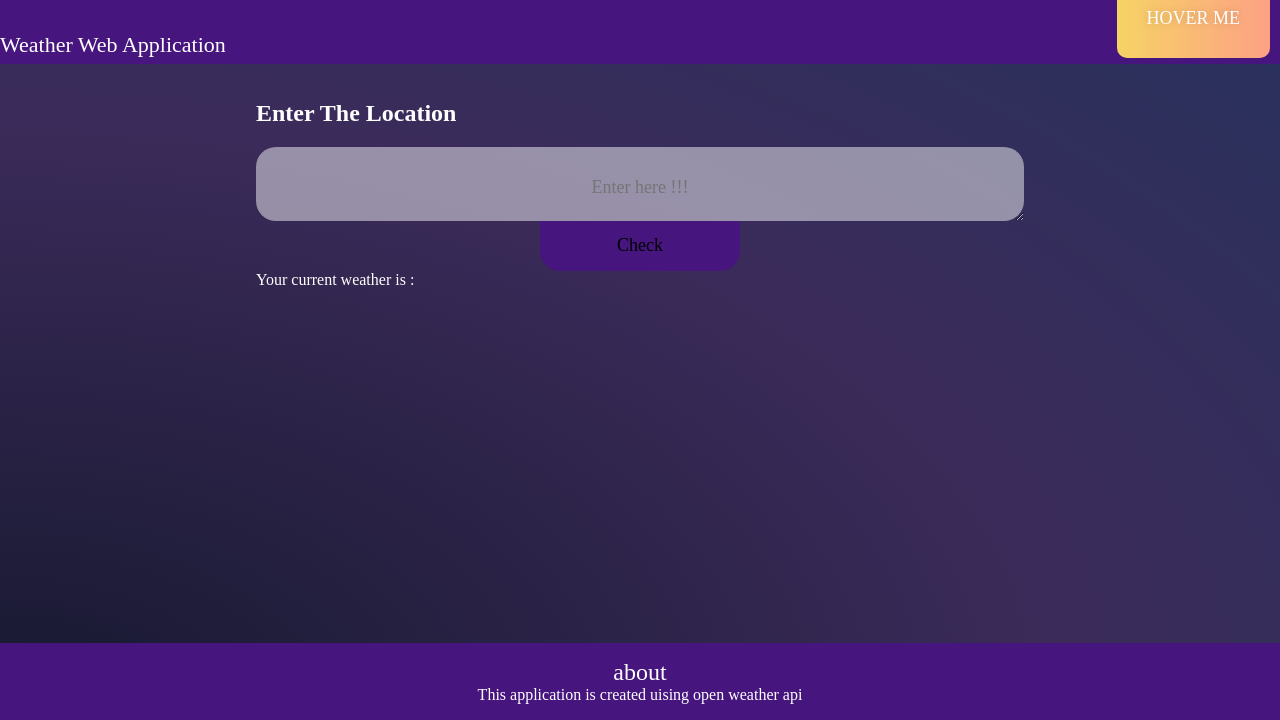
Repository: Irfan-vit/openapi
Page: index.html
The author's editor kept a copy of each file at every save. The page is drawn from the files as they stood at one save, then again after the next save.
The browser window is 1280 px wide. The pictures show the whole page.

Above is the page before, as saved 2021-05-28 23:56:04.

### index.html
<!DOCTYPE html>
<html lang="en">

<head>
    <meta charset="UTF-8">
    <meta http-equiv="X-UA-Compatible" content="IE=edge">
    <meta name="viewport" content="width=device-width, initial-scale=1.0">
    <title>Api</title>
    <link rel="stylesheet" href="style.css">
</head>

<body>


    <div class="nav">
        <input type="checkbox" id="nav-check" />
        <div class="nav-header">
            <div class="nav-title">
                Weather Web Application
            </div>
        </div>
        <div class="nav-btn">
            <label for="nav-check">
                <span></span>
                <span></span>
                <span></span>
            </label>
        </div>

        <div class="nav-links">
            <div class="container">
                <a class="btn btn-1">Hover me</a>
            </div>
        </div>
    </div>

    <main>

        <h2>Enter The Location</h2>

        <textarea name="" id="txt-input" class="t-area" placeholder="Enter here !!!"></textarea>

        <button id="btn-translate">
            Check
        </button>

        <div>Your current weather is :</div>

        <div id="output" class="t-area">

        </div>

    </main>

    <footer>
        <div style="font-size: x-large;">about</div>
        <p>This application is created uising open weather api</p>
    </footer>



    <script src="app.js" type="text/javascript"></script>
</body>

</html>

### style.css
/* @import url('https://fonts.googleapis.com/css2?family=Kalam&display=swap'); */

* {
    box-sizing: border-box;
}

:root {
    --primary: #46157E;
    --black: #333333;
    --width-break:800px
}

body {
    margin: 0;
    /* font-family: 'Kalam', cursive; */
    color: #333333;
      background: radial-gradient(
    ellipse at left bottom,
    rgba(22, 24, 47, 1) 0%,
    rgba(38, 20, 72, 0.9) 59%,
    rgba(17, 27, 75, 0.9) 100%
  );
    height: 100%;
    margin: 0;
    background-repeat: no-repeat;
    background-attachment: fixed;
    color: white;

}

nav {
    background-color: var(--primary);
    text-align: center;
}

main {
    margin: auto;
    padding: 1rem;
    max-width: var(--width-break);
}

textarea {
    display: block;
    width: 100%;
    min-height: 5vh;
    font-size: large;
    font-family: inherit;
    background-color: #ffffff7a;
    border:none;
    border-radius:20px;
    text-align: center;
    padding-top: 30px;;
}

textarea:hover {
    display: block;
    width: 100%;
    min-height: 5vh;
    font-size: large;
    font-family: inherit;
    background-color: #ffffff;
    border-radius:20px;
    border: none;
    text-align: center;
}

button {
    background-color: var(--primary);
    border: none;
    margin: 8rem 0rem;
    font-family: 'Kalam', cursive;
    font-size: large;
    cursor: pointer;
    height: 50px;
    width: 200px;
    border-bottom-left-radius:20px;
    border-bottom-right-radius:20px;
    margin:auto;
    display:block;

}


#output {
    box-sizing: border-box;
    width: 100%;
    min-height: 10vh;
    max-height: 20vh;
    /* border: 1px solid var(--black); */
}

footer {
    position: fixed;
    bottom: 0;
    width: 100%;
    padding: 1rem;
    background-color: var(--primary);
    text-align: center;
}

footer p {
    max-width: var(--width-break);
    margin: auto;
}

.nav {
  height: 50px;
  width: 100%;
  background-color: #46157E;
  position: relative;
  padding:2rem 0rem;
}

.nav > .nav-header {
  display: inline;
}

.nav > .nav-header > .nav-title {
  display: inline-block;
  font-size: 22px;
  color: #fff;
  /* padding: 10px 10px 10px 10px; */
  padding-bottom: 1rem;
}

.nav > .nav-btn {
  display: none;
}

.nav > .nav-links {
  display: inline;
  float: right;
  font-size: 18px;
  margin:-1.5rem 0rem ;
}

.nav > .nav-links > a {
  display: inline-block;
  padding: 13px 10px 13px 10px;
  text-decoration: none;
  color: #efefef;
}

.nav > .nav-links > a:hover {
  background-color: rgba(0, 0, 0, 0.3);
}

.nav > #nav-check {
  display: none;
}

@media (max-width:600px) {
  .nav > .nav-btn {
    display: inline-block;
    position: absolute;
    right: 0px;
    top: 0px;
  }
  .nav > .nav-btn > label {
    display: inline-block;
    width: 50px;
    height: 50px;
    padding: 13px;
  }
  .nav > .nav-btn > label:hover,.nav  #nav-check:checked ~ .nav-btn > label {
    background-color: rgba(0, 0, 0, 0.3);
  }
  .nav > .nav-btn > label > span {
    display: block;
    width: 25px;
    height: 10px;
    border-top: 2px solid #eee;

  }
  .nav > .nav-links {
    position: absolute;
    display: block;
    width: 100%;
    background-color: #333;
    height: 0px;
    transition: all 0.3s ease-in;
    overflow-y: hidden;
    top: 50px;
    left: 0px;
    margin-top:0.4rem;
  }
  .nav > .nav-links > a {
    display: block;
    width: 100%;
  }
  .nav > #nav-check:not(:checked) ~ .nav-links {
    height: 0px;
  }
  .nav > #nav-check:checked ~ .nav-links {
    height: calc(100vh - 50px);
    overflow-y: auto;
  }
}

.btn {
  flex: 1 1 auto;
  margin: 10px;
  padding: 30px;
  text-align: center;
  text-transform: uppercase;
  transition: 0.5s;
  background-size: 200% auto;
  color: white;
 text-shadow: 0px 0px 10px rgba(0,0,0,0.2);
  /* box-shadow: 0 0 20px #eee; */
  border-radius: 10px;
 }

/* Demo Stuff End -> */

/* <- Magic Stuff Start */

.btn:hover {
  background-position: right center; /* change the direction of the change here */
}

.btn-1 {
  background-image: linear-gradient(to right, #f6d365 0%, #fda085 51%, #f6d365 100%);
}


/* Magic Stuff End -> */

### app.js
var btnTranslate = document.querySelector("#btn-translate");
var txtInput = document.querySelector("#txt-input");
var outputDiv = document.querySelector('#output')
var serverURL = "https://api.openweathermap.org/data/2.5/weather?q="
var key = "&appid=49257f6591cfc3ed8daf0b5970d519cb"

function getTranslationURL(text) {
    return serverURL + text + key
}

function errorHandler(error) {
    console.log("error occured", error)
    alert("something went wrong  :  " + error)
}

function clickHandler() {
    // outputDiv.innerText = "translated  " + txtInput.value + "  To : bababbababababababa ";

    var inputText = txtInput.value;

    fetch(getTranslationURL(inputText))
        .then(response => response.json())
        .then(json => {
            var translatedText = "Country : " + json['sys']['country'] + " | tempreature : " + json['main']['temp'] + " | weather : " +  json['weather'][0]['description'] + " | longitude : " + json['coord']['lon'] + " | latitude : " + json['coord']['lat'] + " | wind speed : " + json['wind']['speed'] + " | Wind direction, degrees : " + json['wind']['deg'];
            outputDiv.innerText = translatedText;
            })
    };


btnTranslate.addEventListener("click", clickHandler)

After the next save:
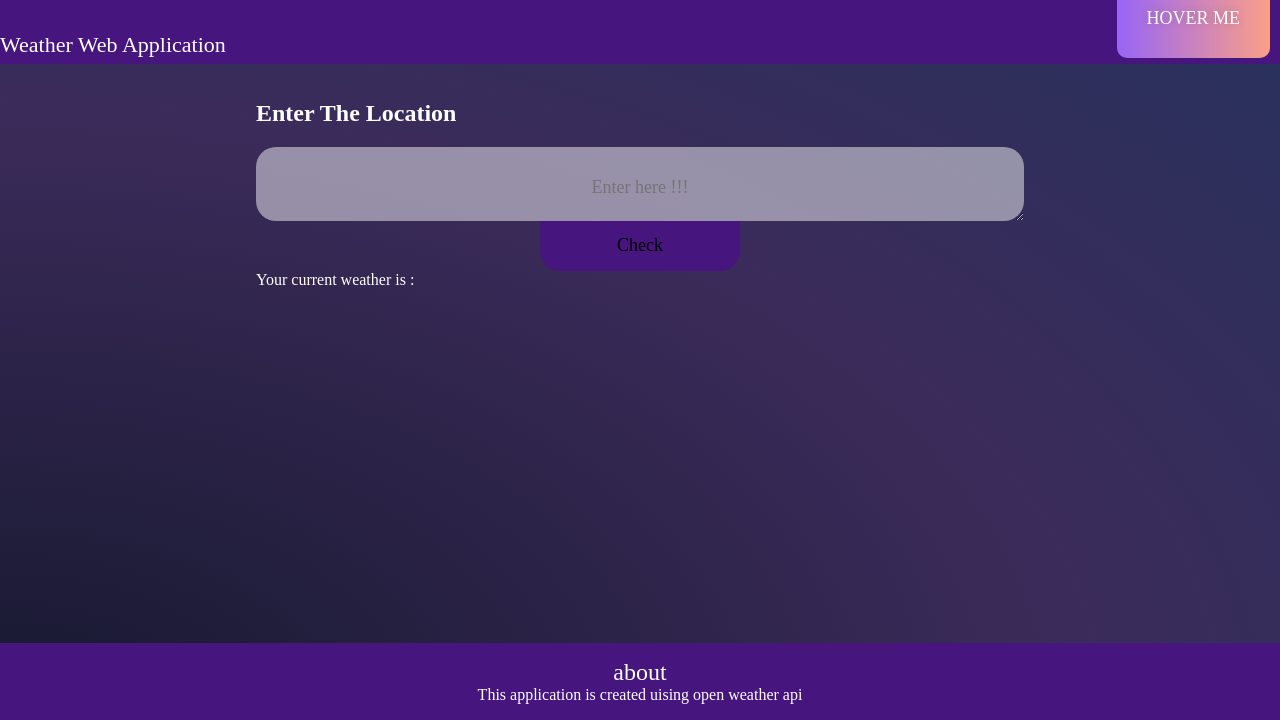
Saved 14 s later.
--- a/style.css
+++ b/style.css
@@ -220,7 +220,7 @@ footer p {
 }
 
 .btn-1 {
-  background-image: linear-gradient(to right, #f6d365 0%, #fda085 51%, #f6d365 100%);
+  background-image: linear-gradient(to right, #9865f6 0%, #fda085 51%, #f6d365 100%);
 }
 
 
